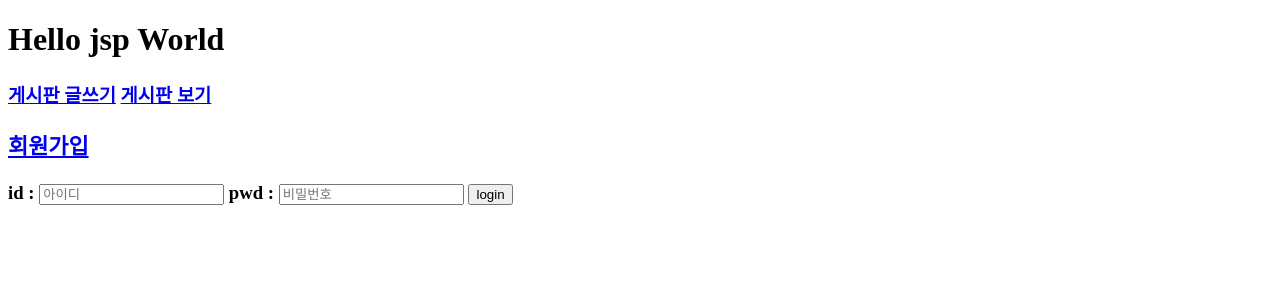
Repository: LeeYouHyeon/5.Servlet
Page: http://localhost/jsp_project/
These files come from the project's save history. The page is drawn as it stood at one moment and after the next save; the edit follows.
The browser window is 1280 px wide. The pictures show the whole page.
The page is served by Tomcat 9.

Above is the page before, as saved 2025-05-28 01:39:56.

After the next save:
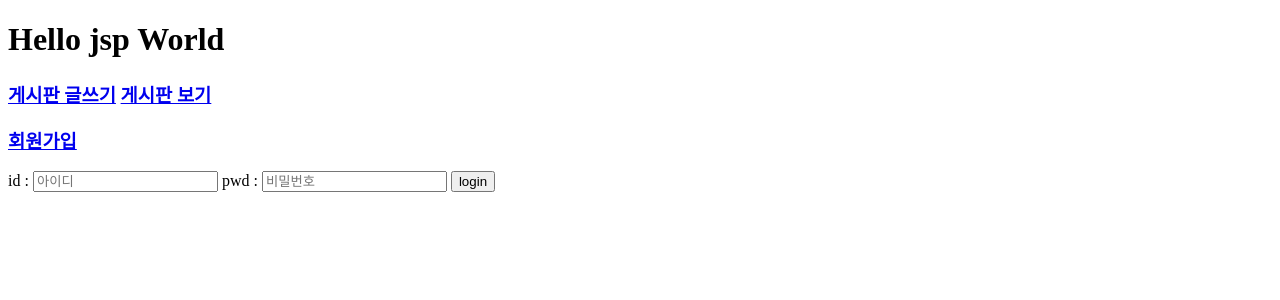
Saved 11 s later.
--- a/jsp_project/src/main/webapp/index.jsp
+++ b/jsp_project/src/main/webapp/index.jsp
@@ -10,18 +10,18 @@
 	<h1>Hello jsp World</h1>
 	<h3>
 		<a href="/brd/register">게시판 글쓰기</a> <a href="/brd/list">게시판 보기</a>
-		<div>
-			<h3>
-				<a href="/member/register.jsp">회원가입</a>
-			</h3>
-		</div>
-		<div>
-			<form action="" method="post">
-				id : <input type="text" name="id" placeholder="아이디"> pwd : <input
-					type="password" name="pwd" placeholder="비밀번호">
-				<button type="submit">login</button>
-			</form>
-		</div>
 	</h3>
+	<div>
+		<h3>
+			<a href="/member/register.jsp">회원가입</a>
+		</h3>
+	</div>
+	<div>
+		<form action="" method="post">
+			id : <input type="text" name="id" placeholder="아이디"> pwd : <input
+				type="password" name="pwd" placeholder="비밀번호">
+			<button type="submit">login</button>
+		</form>
+	</div>
 </body>
 </html>
